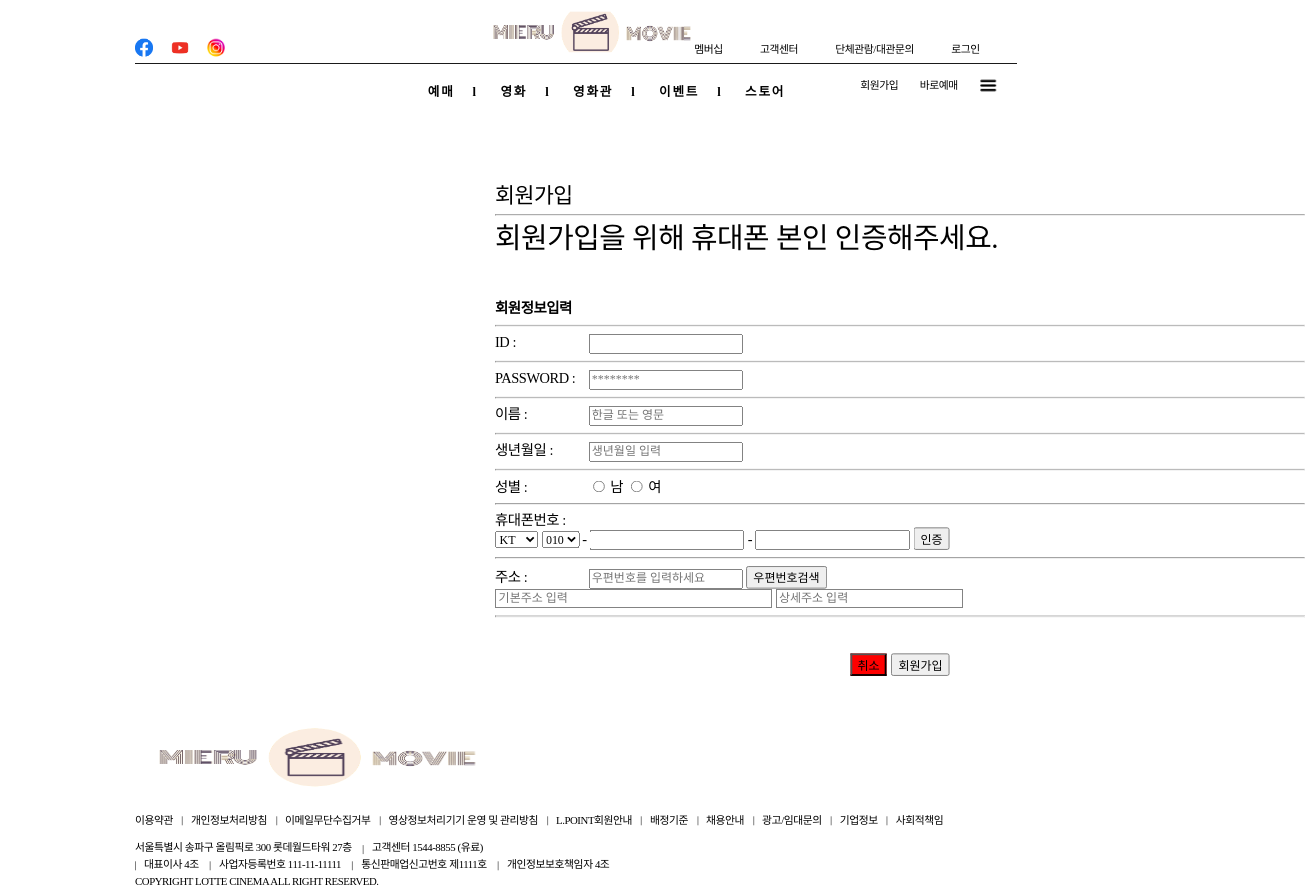
Repository: leechanjin7/3procject_Movie
Page: http://localhost/MovieProject/WEB-INF/views/member/join.jsp
These files come from the project's save history. The page is drawn as it stood at one moment and after the next save; the edit follows.
The browser window is 1280 px wide. The page is 1450 px wide, so the pictures cover 1450 px, including what lies to the right of the window. The pictures show the whole page, at 90% of full size.
The page is served by Tomcat 9. Nobody is signed in. The template is opened directly, without the code that normally fills it, so the values that code supplies are empty.

Above is the page before, as saved 2023-09-25 07:27:26.

After the next save:
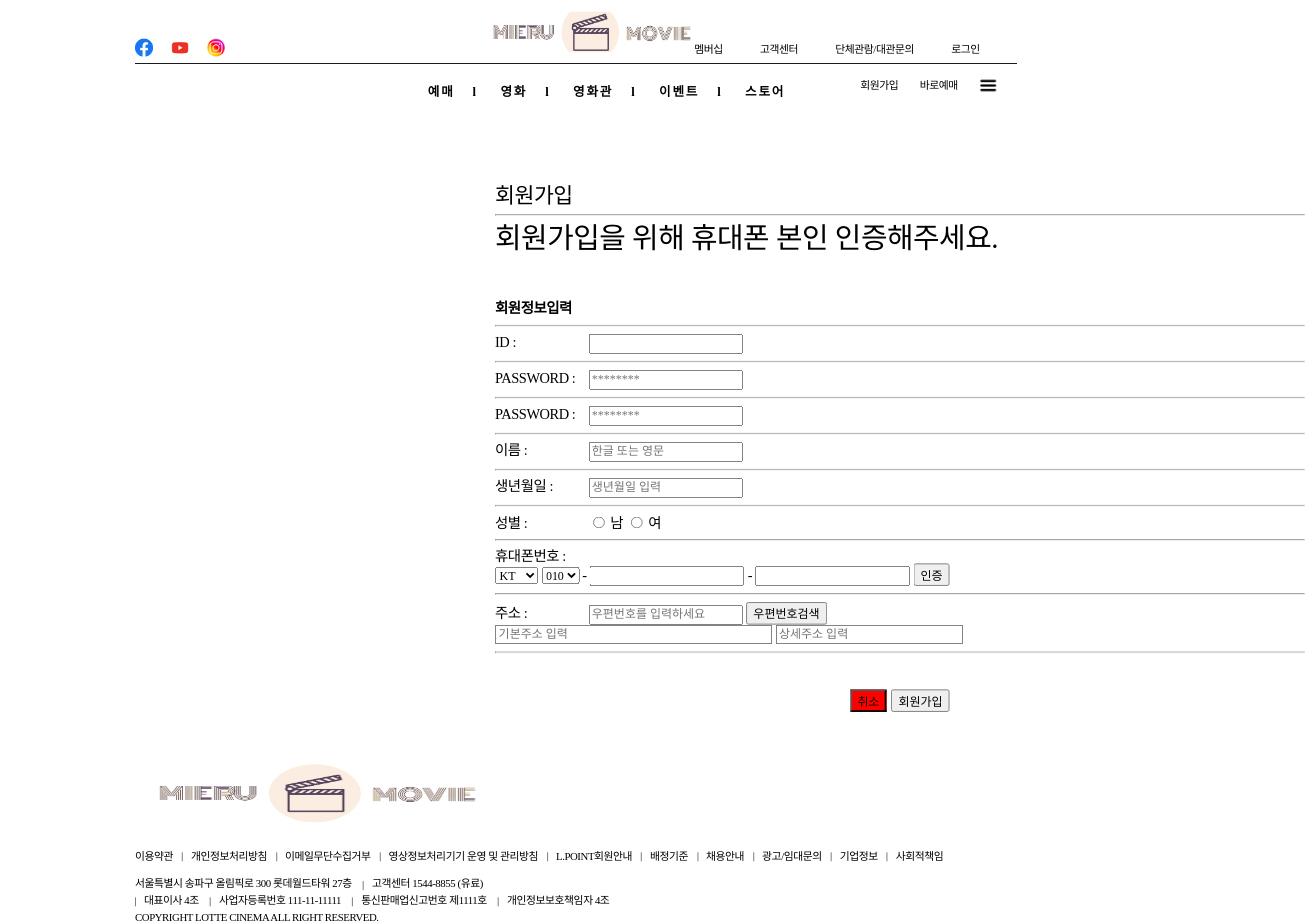
Saved 90 s later.
--- a/workspace/MovieProject/src/main/webapp/WEB-INF/views/member/join.jsp
+++ b/workspace/MovieProject/src/main/webapp/WEB-INF/views/member/join.jsp
@@ -54,7 +54,11 @@
             <input type="password" placeholder="********" name="pw">
         </div>
         <hr>
-
+        <div>
+            <label for="pwck"><span class="con">PASSWORD : </span></label>
+            <input type="password" placeholder="********" name="pw">
+        </div>
+		<hr>
         <div>
             <label for="name"><span class="con">이름 : </span></label>
             <input type="text" placeholder="한글 또는 영문">
